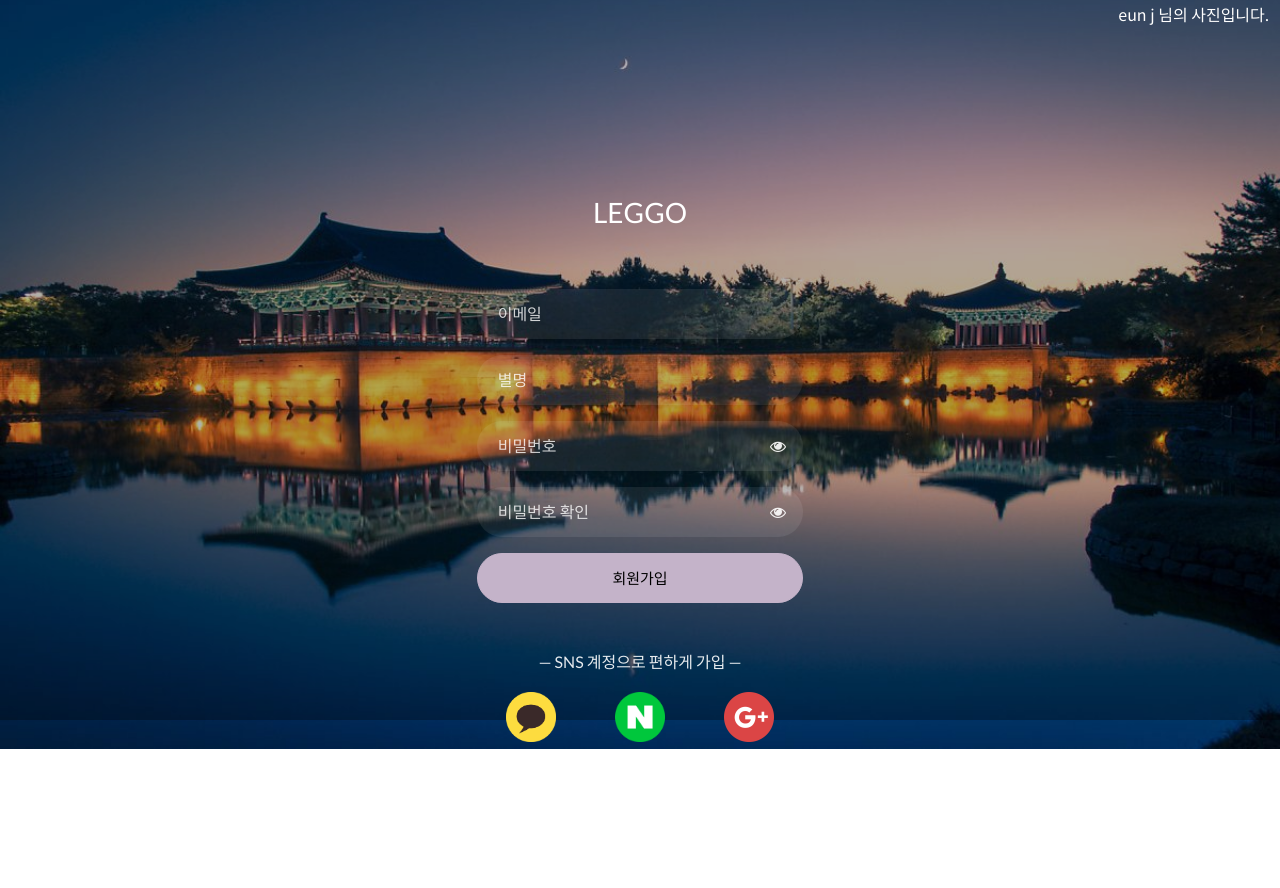
Repository: jangseohyun/LEGGO_2021
Page: http://localhost/PrjApp/Signin.jsp
The author's editor kept a copy of each file at every save. The page is drawn from the files as they stood at one save, then again after the next save.
The browser window is 1280 px wide. The pictures show the whole page.
The page is served by Tomcat 9. Other server files are loaded and not shown.

Above is the page before, as saved 2021-06-23 11:38:19.

### PrjApp/WebContent/Signin.jsp
<%@ page contentType="text/html; charset=UTF-8"%>
<%@ taglib prefix="c" uri="http://java.sun.com/jsp/jstl/core"%>
<%
	request.setCharacterEncoding("UTF-8");
	String cp = request.getContextPath();
%>
<!doctype html>
<html lang="en">
<head>
<title>Login</title>
<meta charset="utf-8">
<meta name="viewport"
	content="width=device-width, initial-scale=1, shrink-to-fit=no">
<link rel="preconnect" href="https://fonts.gstatic.com">
<link rel="preconnect" href="https://fonts.gstatic.com">
<link
	href="https://fonts.googleapis.com/css2?family=Noto+Sans+KR:wght@300;400&display=swap"
	rel="stylesheet">
<link
	href="https://fonts.googleapis.com/css?family=Lato:300,400,700&display=swap"
	rel="stylesheet">

<link rel="stylesheet"
	href="https://stackpath.bootstrapcdn.com/font-awesome/4.7.0/css/font-awesome.min.css">

<link rel="stylesheet" href="css/style.css">

</head>
<body class="img js-fullheight" style="background-image: url(images/gyeongju.jpg);">
<p class="userimg">eun j 님의 사진입니다.&nbsp;&nbsp;&nbsp;</p>
<section class="ftco-section">
		<div class="container" style="padding: 50px;">
			<div class="row justify-content-center">
				<div class="col-md-6 text-center mb-5">
					<h2 class="heading-section">LEGGO</h2>
				</div>
			</div>
			<div class="row justify-content-center">
				<div class="col-md-6 col-lg-4">
					<div class="login-wrap p-0">
						<form action="#" class="signin-form">
							<div class="form-group">
								<input type="text" class="form-control" placeholder="이메일"
									required>
							</div>
							<div class="form-group">
								<input type="text" class="form-control" placeholder="별명"
									required>
							</div>
							<div class="form-group">
								<input id="password-field" type="password" class="form-control"
									placeholder="비밀번호" required> <span
									toggle="#password-field"
									class="fa fa-fw fa-eye field-icon toggle-password"></span>
							</div>
							<div class="form-group">
								<input id="password-field" type="password" class="form-control"
									placeholder="비밀번호 확인" required> <span
									toggle="#password-field"
									class="fa fa-fw fa-eye field-icon toggle-password"></span>
							</div>
							<div class="form-group">
								<button type="submit"
									class="form-control btn2 btn2-primary submit px-3">회원가입</button>
							</div>
						</form>
						<br><p class="w-100 text-center">&mdash; SNS 계정으로 편하게 가입 &mdash;</p>
						<div class="social d-flex" style="text-align: center;">
							<a><img src="images/kakao_login.png" width="50px"></a>
							<a><img src="images/naver_login.png" width="50px" style="border-radius: 5px;"></a>
							<a><img src="images/google_login.jpg" width="50px" style="border-radius: 5px;"></a>
						</div>
					</div>
				</div>
			</div>
		</div>
	</section>

	<script src="js/jquery.min.js"></script>
	<script src="js/popper.js"></script>
	<script src="js/bootstrap.min.js"></script>
	<script src="js/main.js"></script>

</body>
</html>

Loaded but not shown: PrjApp/WebContent/css/style.css (library); PrjApp/WebContent/js/jquery.min.js (library); PrjApp/WebContent/js/popper.js (library); PrjApp/WebContent/js/bootstrap.min.js (library); PrjApp/WebContent/js/main.js (common file)

After the next save:
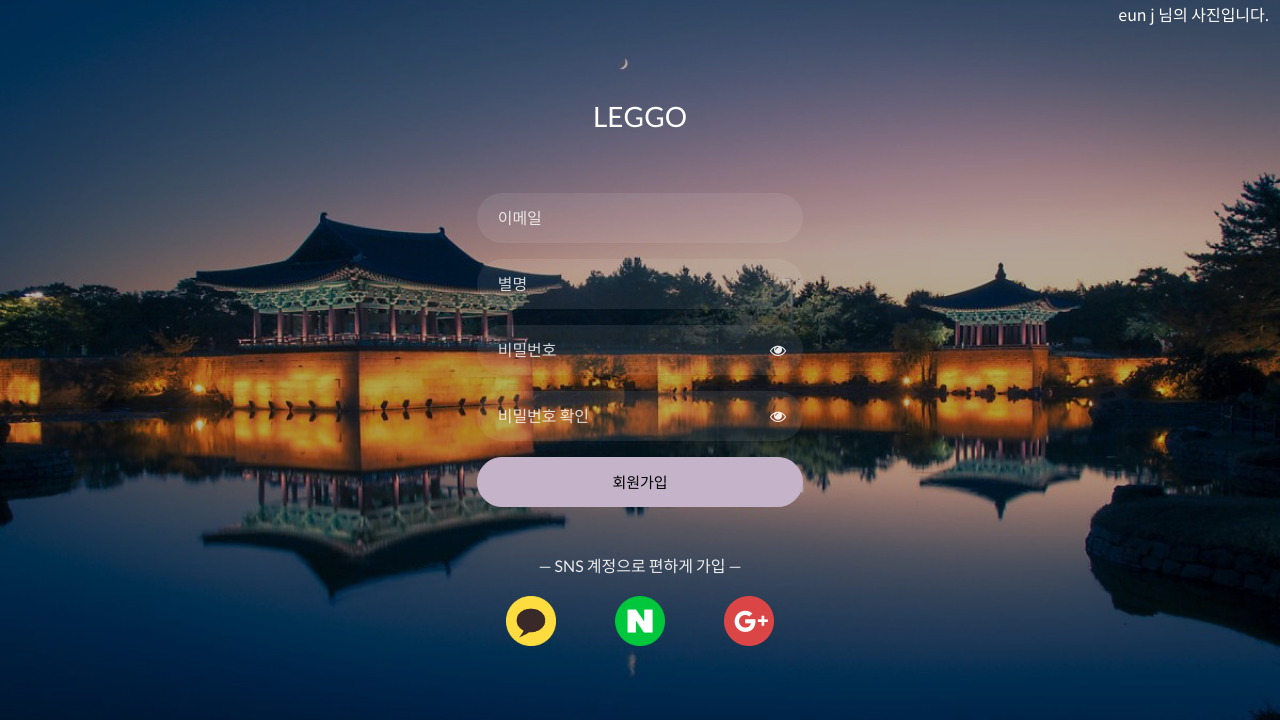
Saved 17 s later.
--- a/PrjApp/WebContent/Signin.jsp
+++ b/PrjApp/WebContent/Signin.jsp
@@ -28,7 +28,7 @@
 </head>
 <body class="img js-fullheight" style="background-image: url(images/gyeongju.jpg);">
 <p class="userimg">eun j 님의 사진입니다.&nbsp;&nbsp;&nbsp;</p>
-<section class="ftco-section">
+<section class="ftco2-section">
 		<div class="container" style="padding: 50px;">
 			<div class="row justify-content-center">
 				<div class="col-md-6 text-center mb-5">
